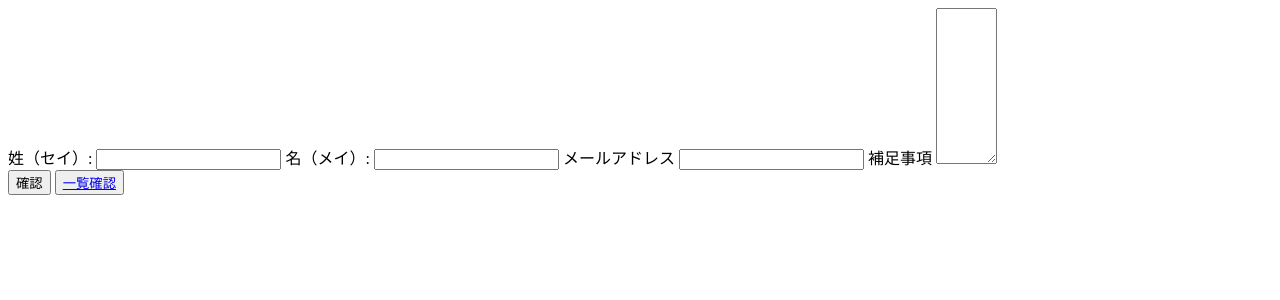
Repository: yoshiryoryo/phpform2
Page: http://localhost/
These files come from the project's save history. The page is drawn as it stood at one moment and after the next save; the edit follows.
The browser window is 1280 px wide. The pictures show the whole page.
The page is run by PHP 8.4 with error messages shown; the project is at /var/www/html/.

Above is the page before, as saved 2021-03-05 11:33:57.

### index.php
<?php
// セッションIDは個人を識別するために必要なID
session_start();
function generateToken()
{
    // セキュリティ上他者からの予測を困難にするため、乱数を設定する
    $bytes = openssl_random_pseudo_bytes(16);
    return bin2hex($bytes);
}
$token = generateToken();
$_SESSION['token'] = $token;

// バリデーション



?>

<!DOCTYPE html>
<html lang="ja">
<head>
    <meta charset="UTF-8">
    <meta http-equiv="X-UA-Compatible" content="IE=edge">
    <meta name="viewport" content="width=device-width, initial-scale=1.0">
    <title>Document</title>
</head>
<body>
    <form action="confirm.php" method="get">
      <div>
        <tr>
            <th>姓（セイ）:</th>
            <td><input type="text" name="sei"></td>
        </tr>
        <tr>
            <th>名（メイ）:</th>
            <td><input type="text" name="mei"></td>
        </tr>
        <tr>
            <th>メールアドレス</th>
            <td><input type="text" name="email"></td>
        </tr>
        <tr>
            <th>補足事項</th>
            <td><textarea name="text" id="" cols="5" rows="10"></textarea></td>
        </tr>
      </div>
      <button type="submit" name="confirm" value="send">確認</button>
      <button><a href="member.php">一覧確認</a></button>
    </form>
</body>
</html>

After the next save:
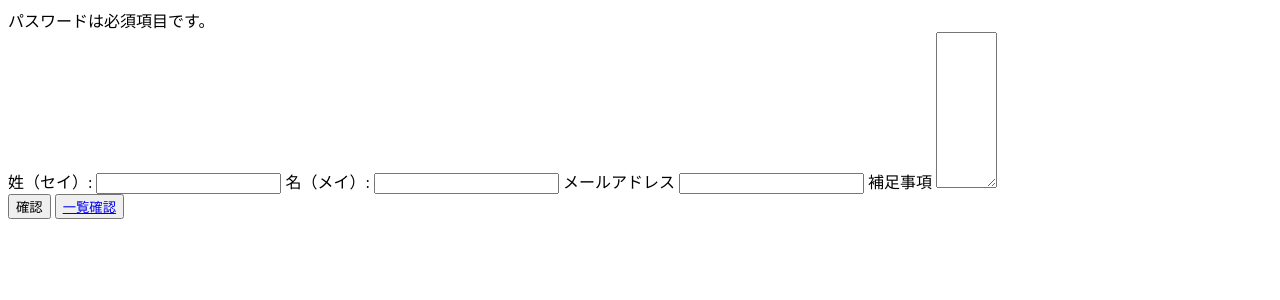
Saved 7 min 7 s later.
--- a/index.php
+++ b/index.php
@@ -11,7 +11,9 @@ $token = generateToken();
 $_SESSION['token'] = $token;
 
 // バリデーション
-
+if(empty($password)){
+    echo 'パスワードは必須項目です。';
+  }
 
 
 ?>
